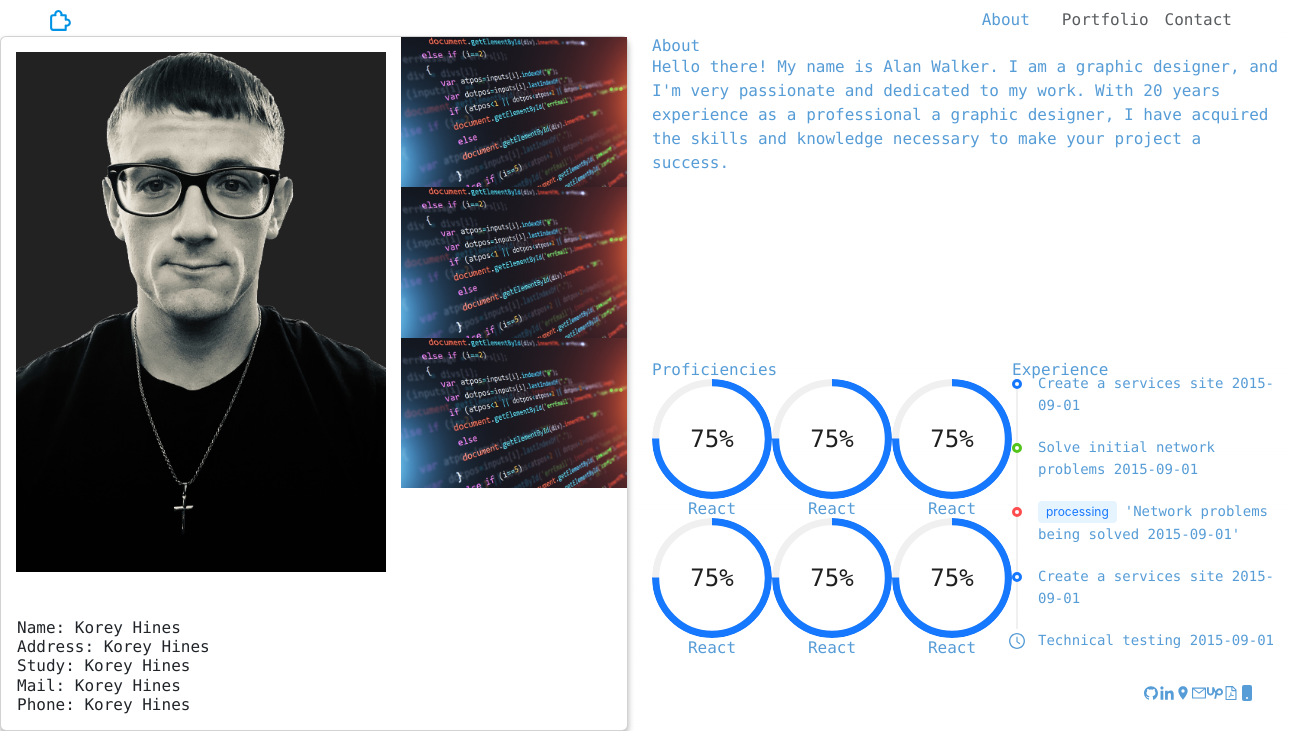
Repository: devkthines/next-portfolio-v2
Page: /about
These files come from the project's save history. The page is drawn as it stood at one moment and after the next save; the edit follows.
The browser window is 1280 px wide. The page is 1292 px wide, so the pictures cover 1292 px, including what lies to the right of the window. The pictures show the whole page.
The project was rebuilt for these pictures with package versions that can differ from the ones it lists, and the page was loaded fresh each time. The framework's server and built-in components were replaced by stand-ins that run in the browser. Also part of the build but not shown: next.config.js.

Above is the page before, as saved 2023-09-25 21:27:40.

After the next save:
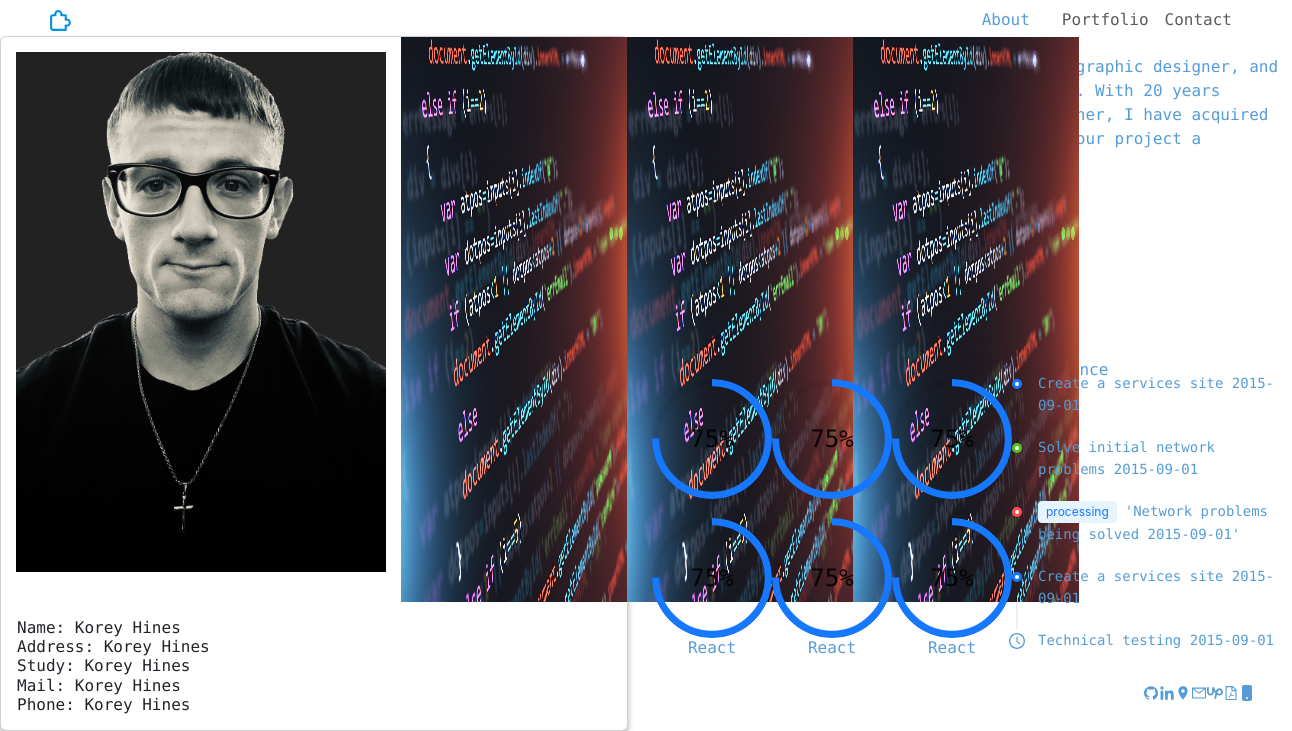
Saved 21 s later.
--- a/src/app/about/page.js
+++ b/src/app/about/page.js
@@ -51,7 +51,7 @@ export default function About() {
           <Col id=''>
             <Card id='aboutcard'>
             <div className='d-flex'><Card.Img variant="top" id='aboutImg' src='/images/IMG-update.jpg' />
-            <div>
+            <div className='d-flex'>
               <img src="/images/webstorm-vs-vscode.jpeg" alt="" />
               <img src="/images/webstorm-vs-vscode.jpeg" alt="" />
               <img src="/images/webstorm-vs-vscode.jpeg" alt="" />
